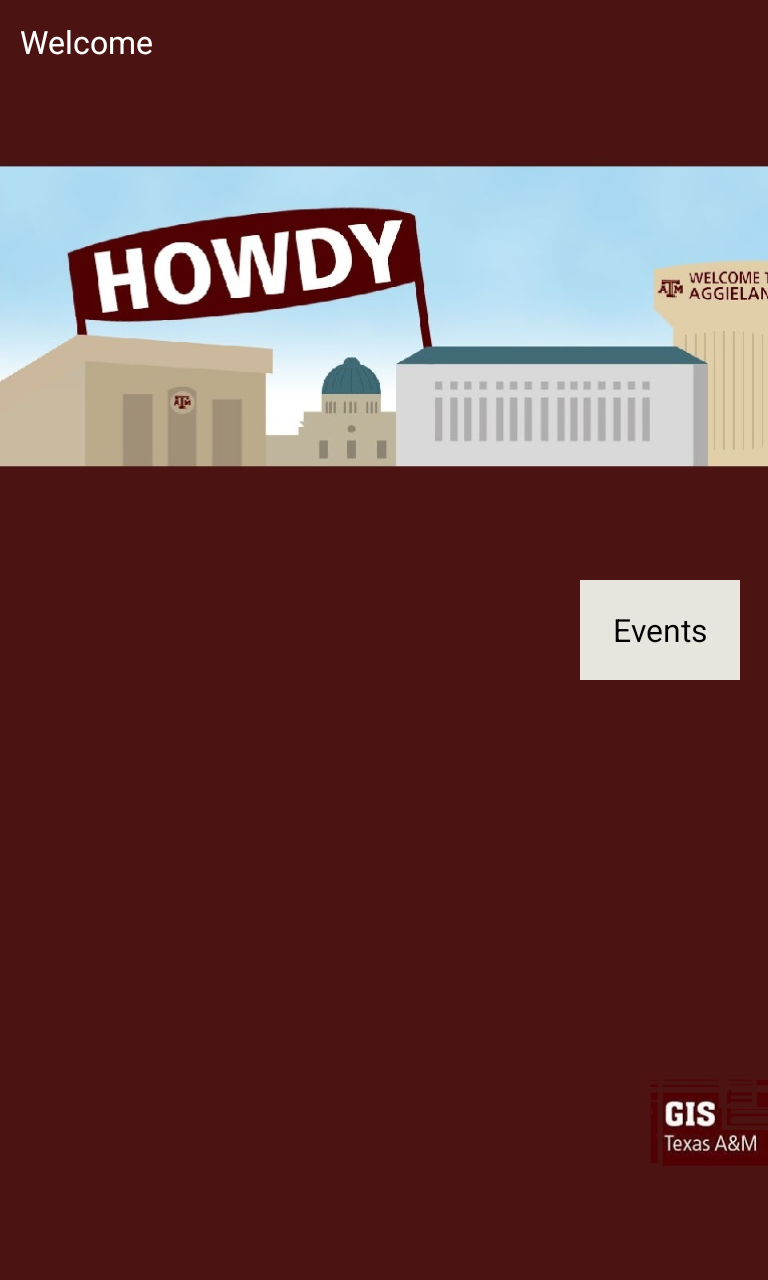
Repository: jannelg92/ANDROIDAPP
Layout: GEOINNOVATION/TAMUgis-dayEvents/res/layout/main_home.xml
These files come from the project's save history. The layout is drawn as it stood at one moment and after the next save; the edit follows.
It is drawn on a 768 x 1280 px phone screen (xhdpi) without system bars, with theme AppTheme; the app's code is not run. Lists and similar views that code fills are empty.

Above is the layout before, as saved 2014-04-19 00:47:57.

After the next save:
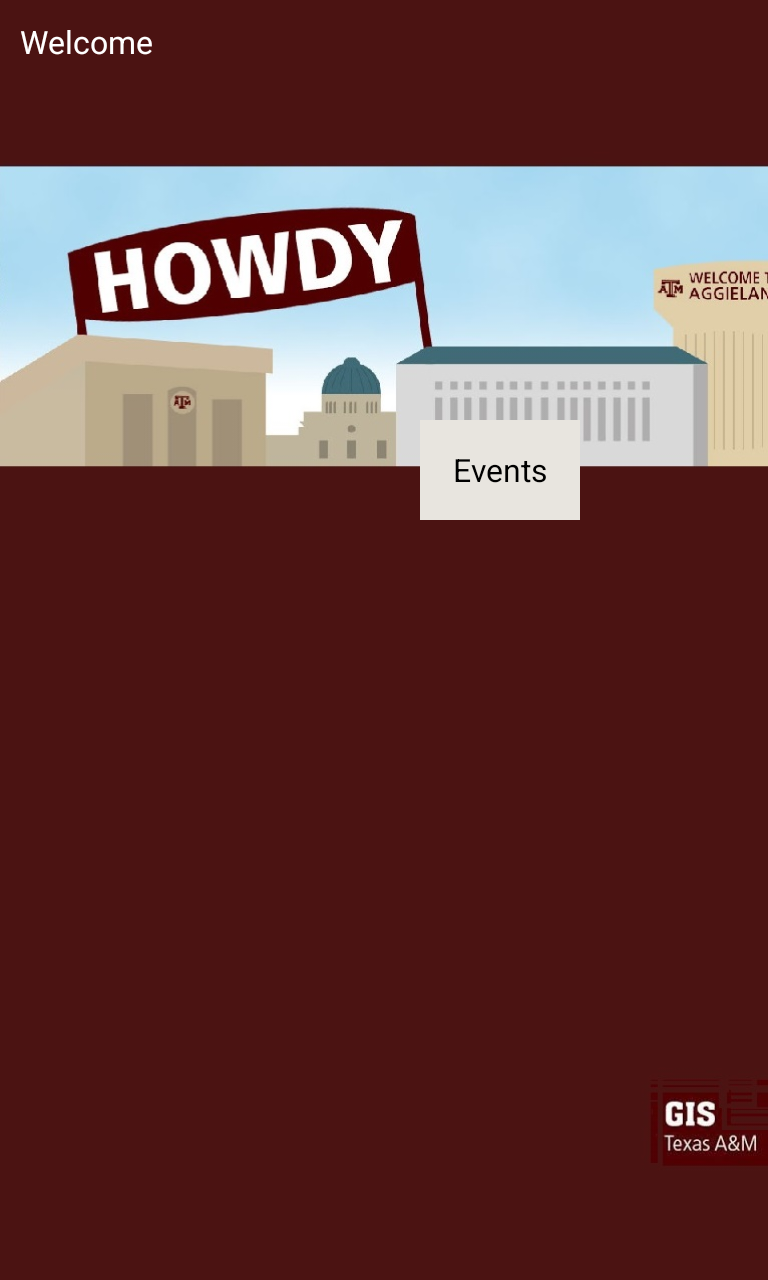
Saved 6 s later.
--- a/GEOINNOVATION/TAMUgis-dayEvents/res/layout/main_home.xml
+++ b/GEOINNOVATION/TAMUgis-dayEvents/res/layout/main_home.xml
@@ -31,7 +31,7 @@
         android:id="@+id/event_b"
         android:layout_width="80dp"
         android:layout_height="50dp"
-        android:layout_margin="280dp"
+        android:layout_margin="200dp"
         android:layout_marginBottom="50dp"
         android:align_parentBottom=""
         android:background="#E8E5DF"
